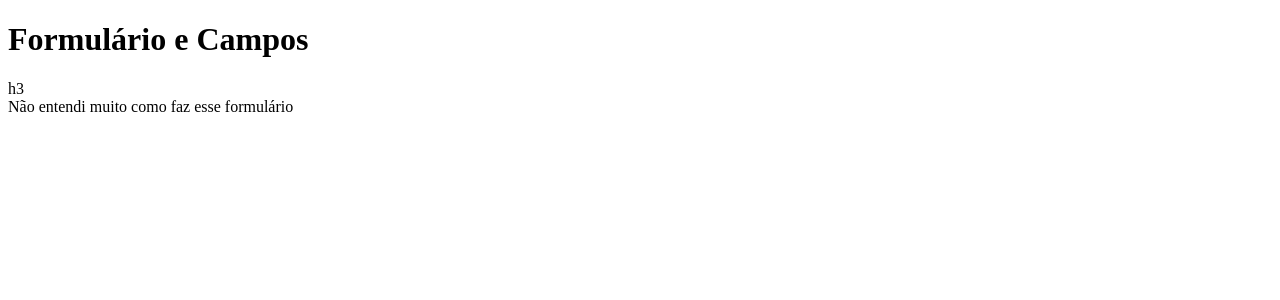
Repository: ErikMesquita/Danki-Code
Page: formulários_e_campos/index.html
An editor plug-in stored every save of this project. The page is shown before and after a run of saves, followed by the edit.
The browser window is 1280 px wide. The pictures show the whole page.

Above is the page before, as saved 2023-10-28 16:07:10.

After the next 2 saves:
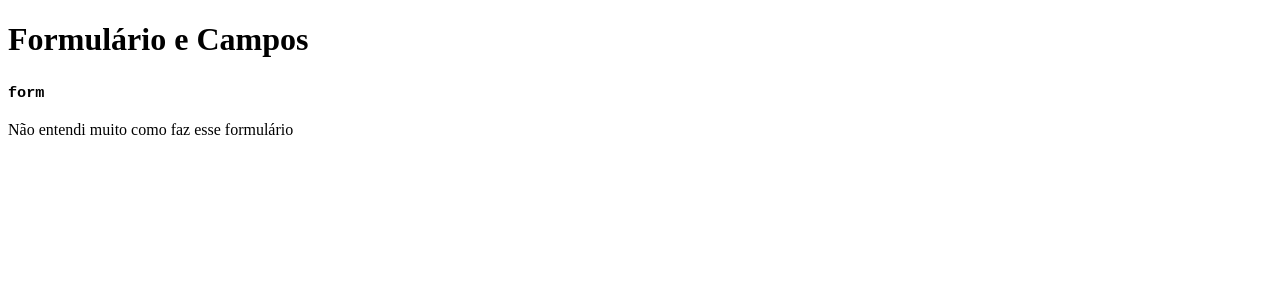
The 2 saves are shown as one change because they came seconds apart.
The last was saved 7 s later.
--- a/formulários_e_campos/index.html
+++ b/formulários_e_campos/index.html
@@ -36,7 +36,7 @@
 
     -->
 
-    h3
+    <h3><code>form</code></h3>
     <form action="method"> Não entendi muito como faz esse formulário</form>
 
 
